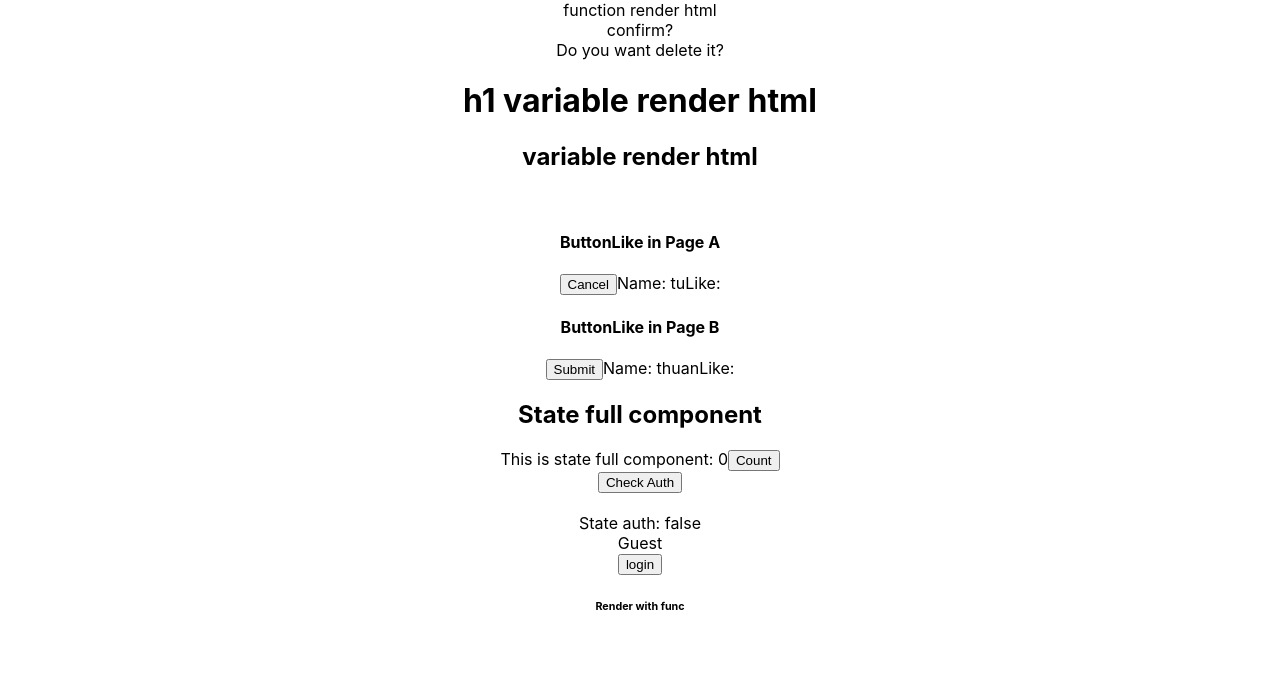
Repository: HoangTu18/reactjs-exercise
Page: /
The author's editor kept a copy of each file at every save. The page is drawn from the files as they stood at one save, then again after a run of saves.
The browser window is 1280 px wide. The pictures show the whole page.
The project was rebuilt for these pictures with package versions that can differ from the ones it lists, and the page was loaded fresh each time. Also part of the build but not shown: src/pages/StateObject.jsx.

Above is the page before, as saved 2022-05-22 10:26:37.

### src/App.js
import "./App.css";
import ButtonLike from "./components/ButtonLike";
import TitleSimple from "./components/TitleSimple";
import StateFullComponent from "./components/StateFullComponent";
import StateObject from "./pages/StateObject";
import ConditionalRender from "./pages/conditionalRender";
function App() {
  const isLoading = true;
  // varible render html
  const ele1 = (
    <div>
      <h1>h1 variable render html</h1>
      <h2> variable render html</h2>
    </div>
  );
  return (
    <div className="App">
      <div>function render html</div>
      {isLoading ? <TitleSimple /> : "123"}
      {ele1}
      <br />
      <h4> ButtonLike in Page A</h4>
      <ButtonLike
        text="Cancel"
        type="button"
        className="buttonA"
        onClick={() => {
          console.log("buttonA");
        }}
        name="tu"
      />
      <h4> ButtonLike in Page B</h4>
      <ButtonLike
        type="submit"
        className="buttonB"
        onClick={() => {
          console.log("buttonB");
        }}
        name="thuan"
      />
      <h2>State full component</h2>
      <StateFullComponent />
      {/* <StateObject />
       */}
      <ConditionalRender />
    </div>
  );
}

export default App;

### src/components/ButtonLike.jsx
import React from "react";

ButtonLike.propTypes = {};

function ButtonLike({ text = "Submit", name, todoItem, like, ...props }) {
  return (
    <div>
      <button {...props}>{text}</button>
      Name: {name}
      {todoItem && (
        <div>
          <h6>Todo item</h6>
          Todo title: {todoItem?.title}
          Todo price: {todoItem?.price}
        </div>
      )}
      Like: {like}
      <br />
    </div>
  );
}

export default ButtonLike;

### src/components/TitleSimple.jsx
import React from "react";

TitleSimple.propTypes = {};

function TitleSimple(props) {
  return (
    <div>
      confirm? <br />
      Do you want delete it?
    </div>
  );
}

export default TitleSimple;

### src/components/StateFullComponent.jsx
import React from "react";

StateFullComponent.propTypes = {};

function StateFullComponent(props) {
  const [count, setCount] = React.useState(0);
  return (
    <div>
      This is state full component: {count}
      <button
        type="button"
        onClick={() => {
          setCount((prevState) => prevState + 1);
        }}
      >
        Count
      </button>
    </div>
  );
}

export default StateFullComponent;

### src/pages/conditionalRender.jsx
import React, { useState } from "react";
import ButtonSimple from "../components/ButtonSimple";

function ConditionalRender() {
  //   const array = [1, 2, 3, 4, 5];
  const [isAuth, setIsAuth] = useState(false);
  let button = null;
  if (isAuth) {
    button = <ButtonSimple text="logout" />;
  } else {
    button = <ButtonSimple text="login" />;
  }

  function renderButtonLogin() {
    return <ButtonSimple text="login" />;
  }
  function renderButtonLogout() {
    return <ButtonSimple text="logout" />;
  }
  function renderButton() {}

  return (
    <div>
      {/* {array.length > 0 &&
        array.map((item) => {
          return <div key={item}>This is item</div>;
        })} */}
      <ButtonSimple
        text="Check Auth"
        onClick={() => setIsAuth((prevState) => !prevState)}
      />
      <br />
      State auth: {isAuth.toString()}
      {isAuth ? <div>welcome to {button}</div> : <div>Guest {button}</div>}
      <h6>Render with func</h6>
    </div>
  );
}

export default ConditionalRender;

### src/components/ButtonSimple.jsx
import React from "react";

function ButtonSimple({ text, onClick }) {
  return (
    <div>
      <button onClick={onClick}>{text}</button>
    </div>
  );
}

export default ButtonSimple;

Loaded but not shown: public/index.html (common file); src/index.js (common file); src/index.css (common file); src/reportWebVitals.js (common file); src/App.css (common file)

After the next 2 saves:
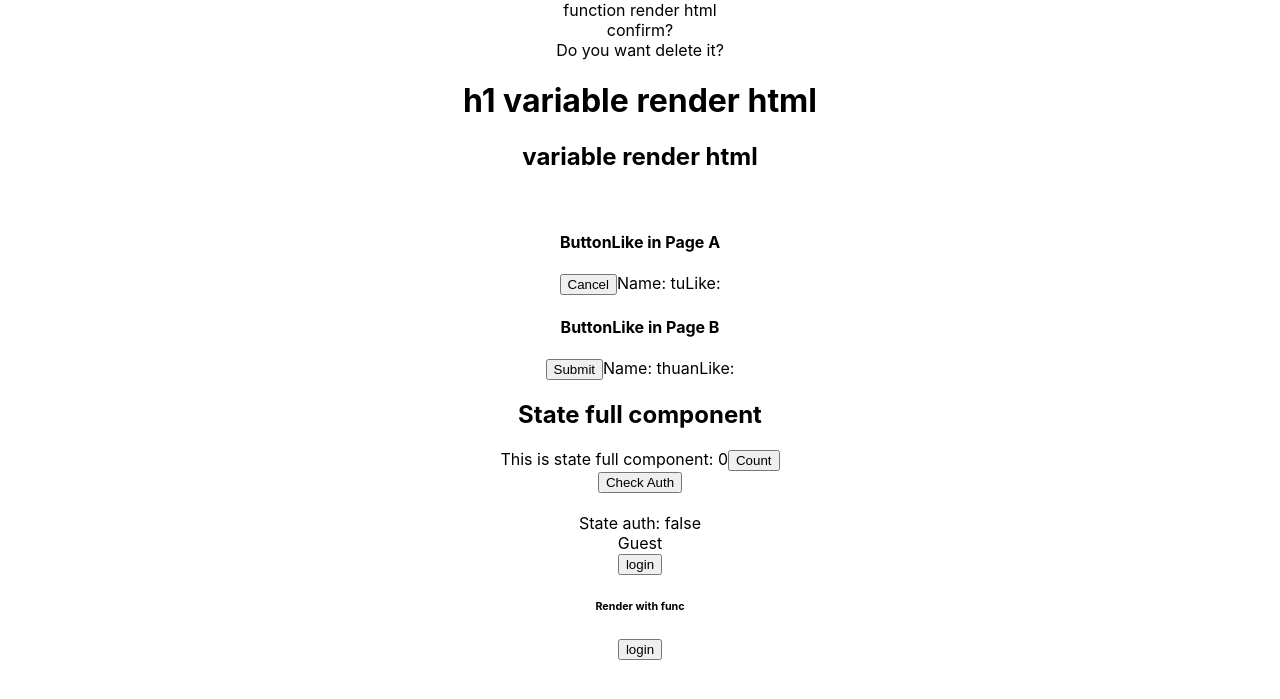
The 2 saves are shown as one change because they came seconds apart.
The last was saved 16 s later.
--- a/src/pages/conditionalRender.jsx
+++ b/src/pages/conditionalRender.jsx
@@ -33,6 +33,7 @@ function ConditionalRender() {
       State auth: {isAuth.toString()}
       {isAuth ? <div>welcome to {button}</div> : <div>Guest {button}</div>}
       <h6>Render with func</h6>
+      {isAuth ? renderButtonLogout() : renderButtonLogin()}
     </div>
   );
 }
